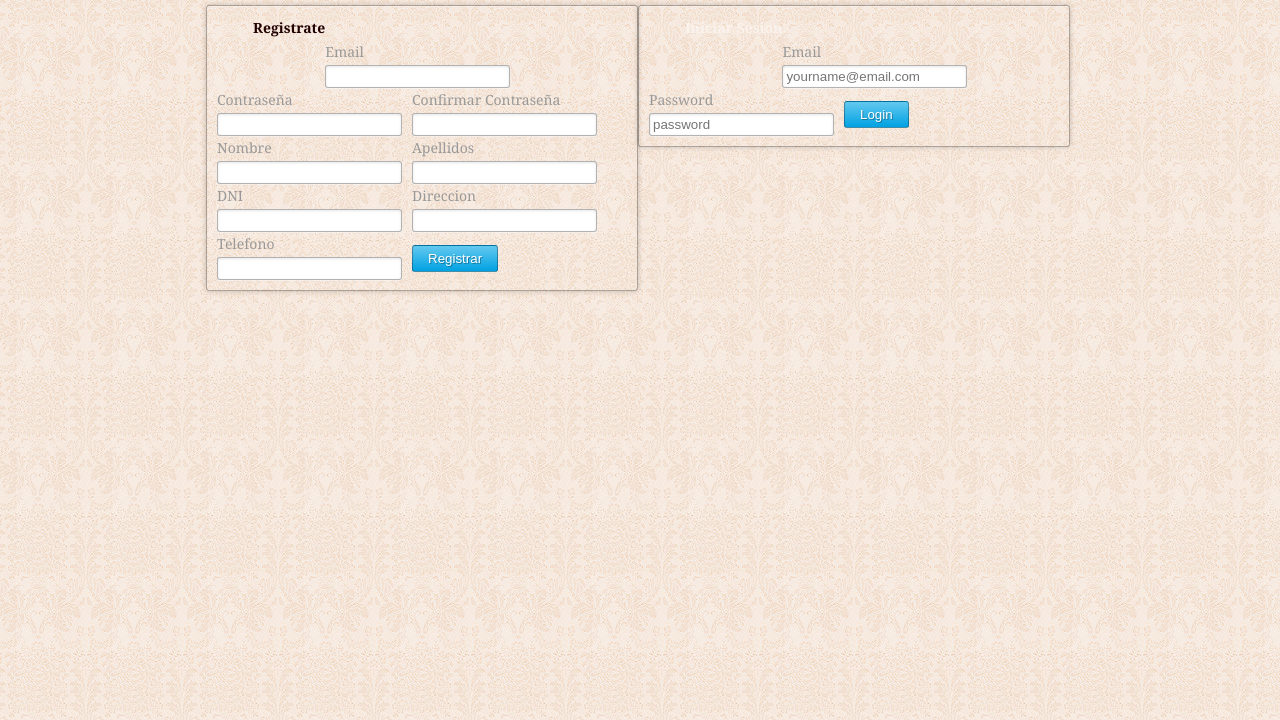
Repository: ProSoft-PDSI/sdsddo
Page: http://localhost/sdsr/LoginRegistro.jsp
The author's editor kept a copy of each file at every save. The page is drawn from the files as they stood at one save, then again after the next save.
The browser window is 1280 px wide. The pictures show the whole page.
The page is served by Tomcat 9.

Above is the page before, as saved 2014-07-20 01:54:37.
Console error: TypeError: Cannot read properties of undefined (reading 'appendTo')

After the next save:
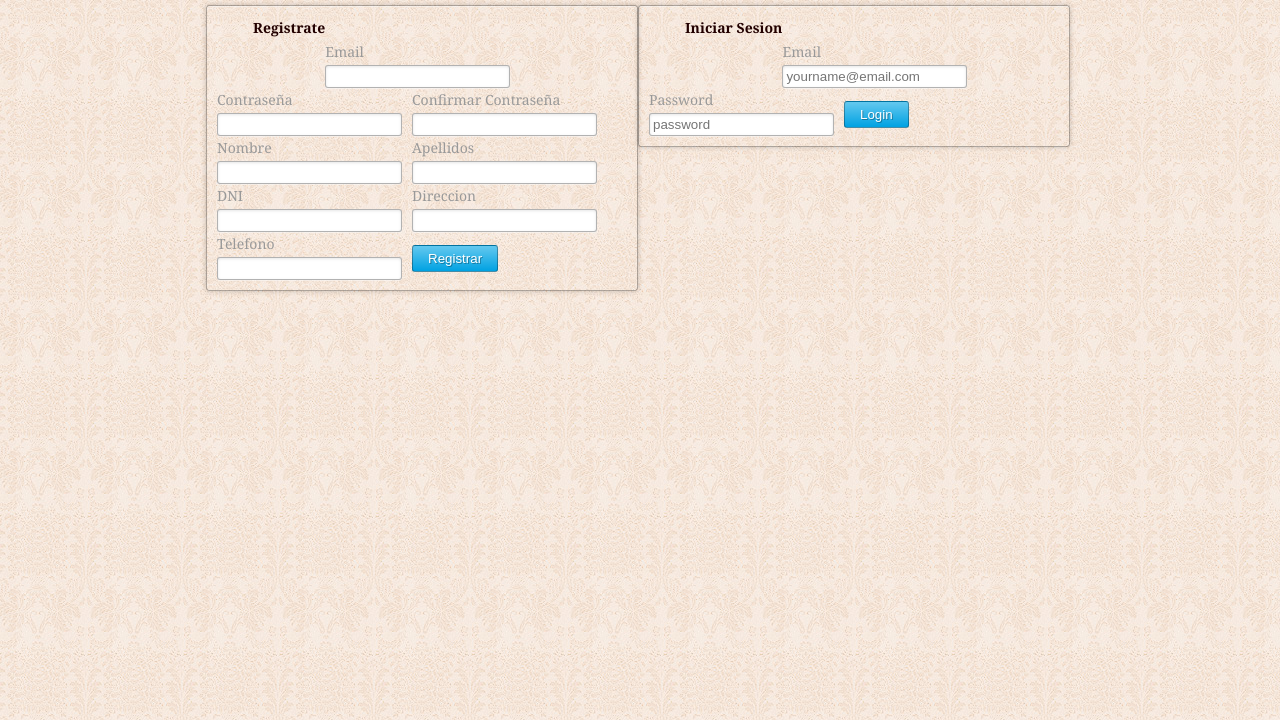
Saved 26 s later.
--- a/Web/sdsr/WebContent/LoginRegistro.jsp
+++ b/Web/sdsr/WebContent/LoginRegistro.jsp
@@ -20,7 +20,7 @@ body {
 <!-- content -->
 			<article id="content">
 				<div class="wrap">
-					<div class="box">
+					<div>
 					<form id="ContactForm">
 						<section class="loginform cf">
 							<form name="login" action="index_submit" method="get" accept-charset="utf-8">
